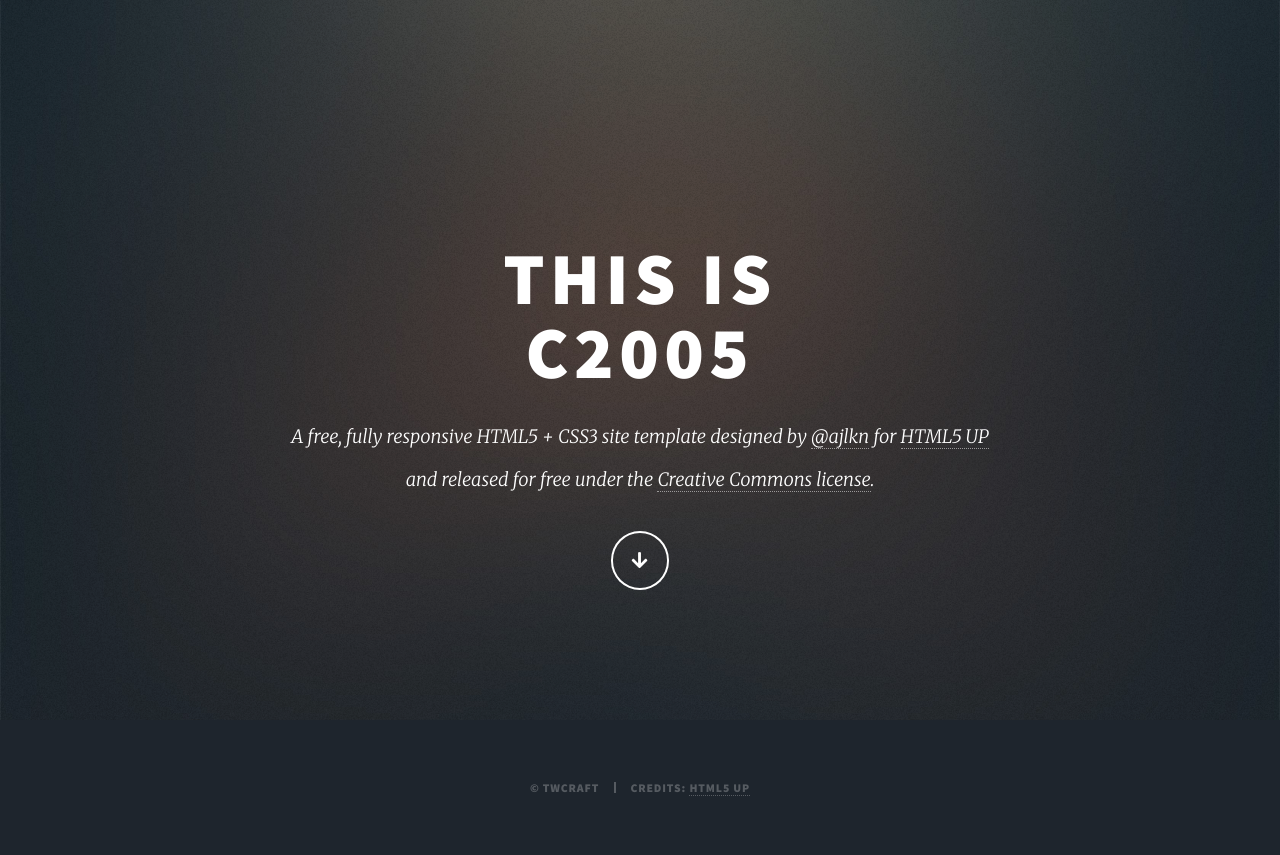
Repository: tys-twcraft/C2005.twcraft.xyz
Page: index.html
These files come from the project's save history. The page is drawn as it stood at one moment and after the next save; the edit follows.
The browser window is 1280 px wide. The pictures show the whole page.

Above is the page before, as saved 2023-06-10 13:38:54.

After the next save:
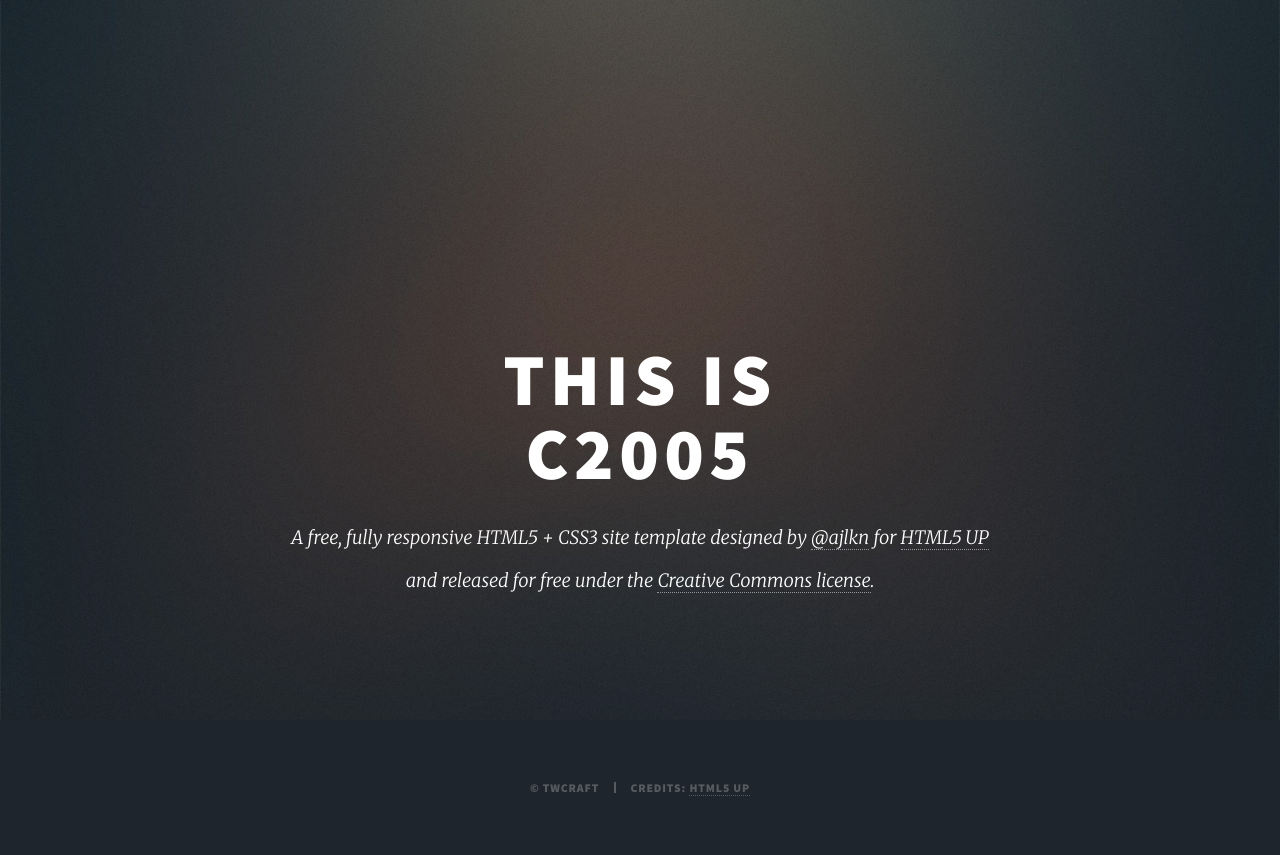
Saved 8 h 38 min later.
--- a/index.html
+++ b/index.html
@@ -23,9 +23,6 @@
 						C2005</h1>
 						<p>A free, fully responsive HTML5 + CSS3 site template designed by <a href="https://twitter.com/ajlkn">@ajlkn</a> for <a href="https://html5up.net">HTML5 UP</a><br />
 						and released for free under the <a href="https://html5up.net/license">Creative Commons license</a>.</p>
-						<ul class="actions">
-							<li><a href="#header" class="button icon solid solo fa-arrow-down scrolly">Continue</a></li>
-						</ul>
 					</div>
 
 
